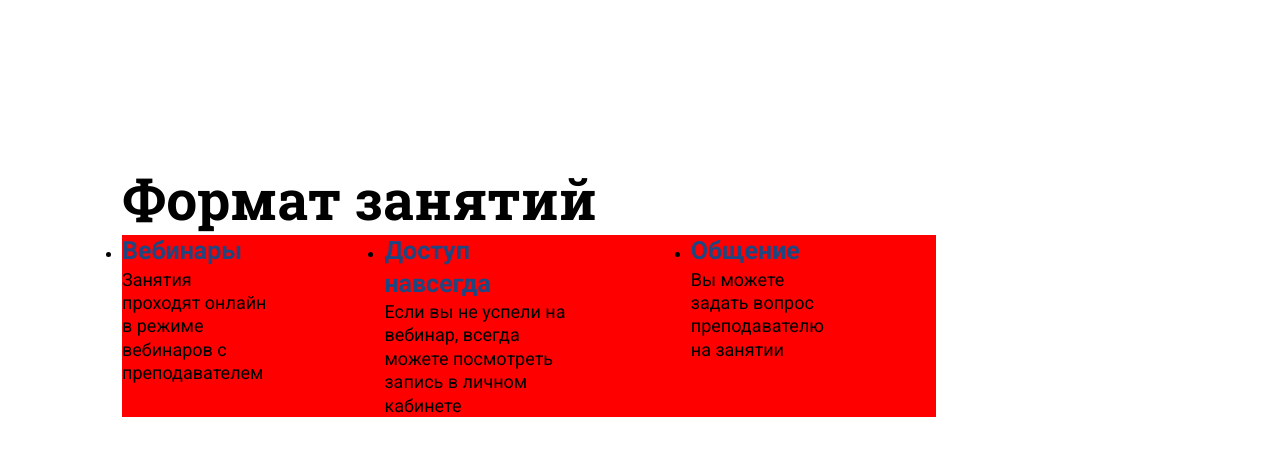
Repository: mirali879/previous-proj
Page: index.html
The author's editor kept a copy of each file at every save. The page is drawn from the files as they stood at one save, then again after the next save.
The browser window is 1280 px wide. The pictures show the whole page.

Above is the page before, as saved 2023-05-06 19:13:15.

### index.html
<!DOCTYPE html>
<html lang="en">
  <head>
    <meta charset="UTF-8" />
    <meta http-equiv="X-UA-Compatible" content="IE=edge" />
    <meta name="viewport" content="width=device-width, initial-scale=1.0" />
    <link rel="stylesheet" href="/style.css" />
    <title>Document</title>
  </head>
  <body>
    <div class="page-1">
      <h1>Формат занятий</h1>

      <ul>
        <li >
          <h3>Вебинары</h3>
          <span
            >Занятия проходят онлайн в режиме вебинаров с преподавателем</span
          >
        </li>
        <li >
          <h3>Доступ навсегда</h3>
          <span
            >Если вы не успели на вебинар, всегда можете посмотреть запись в
            личном кабинете</span
          >
        </li>
        <li >
          <h3>Общение</h3>
          <span>Вы можете задать вопрос преподавателю на занятии</span>
        </li>
      </ul>
    </div>

    <!-- <div class="container">
      <h1>Что узнаем?</h1>

      <div class="row">
        <ul class="list">
          <li>Кто чем занят в съёмочной группе;</li>
          <li>На какие этапы делится кинопроизводство;</li>
          <li>
            Как выглядит сценарий фильма и как он меняется по ходу съёмок;
          </li>
          <li>
            Какими методами режиссёры заставляют нас смеяться, плакать и
            грустить;
          </li>
          <li>
            Как построение кадра, музыка и свет помогают считывать заложенные в
            фильм смыслы;
          </li>
          <li>
            Какие жанры есть в кино и как от них зависит работа операторов,
            осветителей и монтажёров;
          </li>
          <li>Как, зная всё это, понимать, о чем фильм.</li>
        </ul>
      </div>
    </div> -->

    <!-- <div class="container2">
        <h1>Программа курса</h1>
        <div class="box-row">
            <div class="box">
                <img src="/images/pic-1.png" alt="">
                <h3>1. Как создают кино</h3>
                <div class="div">
                    8 сентября 20:00 Данила Кузнецов
                </div>
            </div>

            <div class="box">
                <img src="/images/pic-1.png" alt="">
                <h3>1. Как создают кино</h3>
                <div class="div">
                    8 сентября 20:00 Данила Кузнецов
                </div>
            </div>

            <div class="box">
                <img src="/images/pic-1.png" alt="">
                <h3>1. Как создают кино</h3>
                <div class="div">
                    8 сентября 20:00 Данила Кузнецов
                </div>
            </div>

            <div class="box">
                <img src="/images/pic-1.png" alt="">
                <h3>1. Как создают кино</h3>
                <div class="div">
                    8 сентября 20:00 Данила Кузнецов
                </div>
            </div>

            <div class="box">
                <img src="/images/pic-1.png" alt="">
                <h3>1. Как создают кино</h3>
                <div class="div">
                    8 сентября 20:00 Данила Кузнецов
                </div>
            </div>

            <div class="box">
                <img src="/images/pic-1.png" alt="">
                <h3>1. Как создают кино</h3>
                <div class="div">
                    8 сентября 20:00 Данила Кузнецов
                </div>
            </div>

            <div class="box">
                <img src="/images/pic-1.png" alt="">
                <h3>1. Как создают кино</h3>
                <div class="div">
                    8 сентября 20:00 Данила Кузнецов
                </div>
            </div>

            <div class="box">
                <img src="/images/pic-1.png" alt="">
                <h3>1. Как создают кино</h3>
                <div class="div">
                    8 сентября 20:00 Данила Кузнецов
                </div>
            </div>
        </div>
    </div> -->
  </body>
</html>

### style.css
@import url("https://fonts.googleapis.com/css2?family=Roboto+Slab:wght@700&family=Roboto:wght@400;700&display=swap");
* {
  margin: 0;
  padding: 0;
}

.page-1 {
  padding: 162px 344px 188px 122px;
}

.page-1 h1 {
  font-family: Roboto Slab;
  font-size: 55px;
  font-weight: 700;
  text-align: left;
}

ul {
  background-color: aqua;
  display: flex;
}
li {
  margin-right: 112px;
}
.col-1 {
  width: 223px;
}
.col-2 {
  width: 271px;
}
.col-3 {
  width: 245px;
}

ul .col h3 {
  font-family: Roboto;
  font-size: 25px;
  font-weight: 700;
  line-height: 32px;
  letter-spacing: 0em;
  text-align: left;
}

.col span {
  font-family: Roboto;
  font-size: 18px;
  font-weight: 400;
  line-height: 23px;
  letter-spacing: 0em;
  text-align: left;
}

.list{
    width: 666px;
}

.list li {
  font-family: Roboto;
  font-size: 24px;
  font-weight: 400;
  line-height: 36px;
  letter-spacing: 0em;
  text-align: left;
}


.container2{
    padding: 0 85px 0 85px;
}

.box-row{
    display: flex;
    background-color: aqua;
    width: 100%;
    flex-wrap: wrap;

}


.box-row .box{
    width: 399px;
}

.page-1 ul{
  display: flex;
  background-color: red;
}
.page-1 ul li h3{
  font-family: 'Roboto';
  font-style: normal;
  font-weight: 700;
  font-size: 25px;
  line-height: 130%;
  color: #1E4681;
}
.page-1 ul li span{
  font-family: 'Roboto';
font-style: normal;
font-weight: 400;
font-size: 18px;
line-height: 130%;

color: #000000;

}

After the next save:
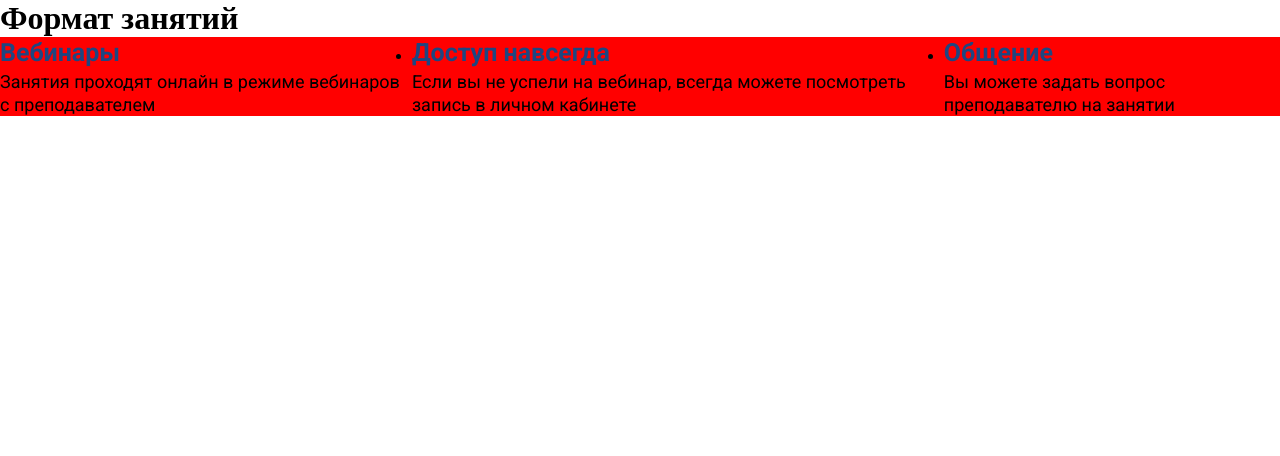
Saved 53 s later.
--- a/style.css
+++ b/style.css
@@ -4,7 +4,7 @@
   padding: 0;
 }
 
-.page-1 {
+/* .page-1 {
   padding: 162px 344px 188px 122px;
 }
 
@@ -79,7 +79,7 @@ ul .col h3 {
 
 .box-row .box{
     width: 399px;
-}
+} */
 
 .page-1 ul{
   display: flex;
